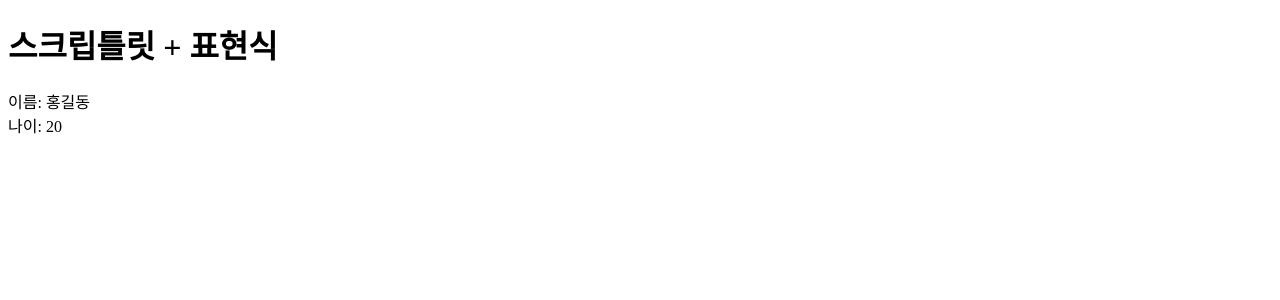
Repository: seula123/JSP
Page: http://localhost/JSPTest/ex05.jsp
The author's editor kept a copy of each file at every save. The page is drawn from the files as they stood at one save, then again after the next save.
The browser window is 1280 px wide. The pictures show the whole page.
The page is served by Tomcat 9.

Above is the page before, as saved 2023-10-17 05:39:23.

### JSPTest/src/main/webapp/ex05.jsp
<%@ page language="java" contentType="text/html; charset=UTF-8"
    pageEncoding="UTF-8"%>

<%

	String name ="홍길동";
	int age = 20;
	String txt = "<input type='text'>";

%>
<!DOCTYPE html>
<html>
<head>
<meta charset="UTF-8">
<title>Insert title here</title>
</head>
<body>
	<h1>스크립틀릿 + 표현식 </h1>

	<div>이름: <%= name %> </div>
	<div>나이: <%= age %> </div>


</body>
</html>

After the next save:
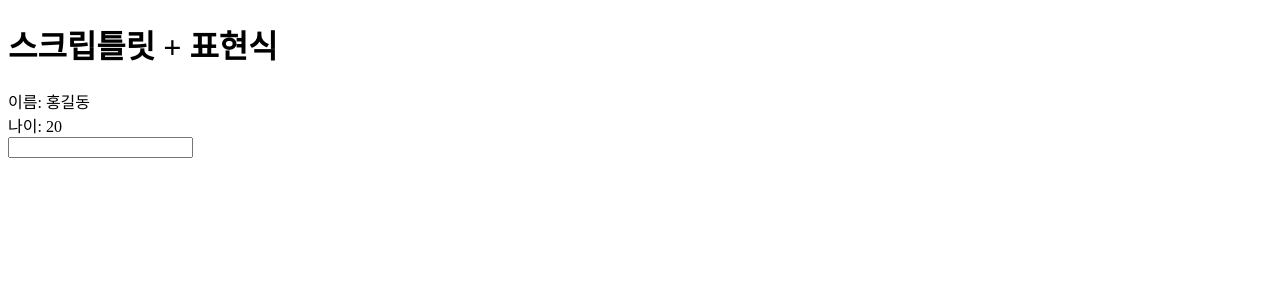
Saved 28 s later.
--- a/JSPTest/src/main/webapp/ex05.jsp
+++ b/JSPTest/src/main/webapp/ex05.jsp
@@ -19,7 +19,7 @@
 
 	<div>이름: <%= name %> </div>
 	<div>나이: <%= age %> </div>
-
+	<div><%= txt %></div>
 
 </body>
 </html>
